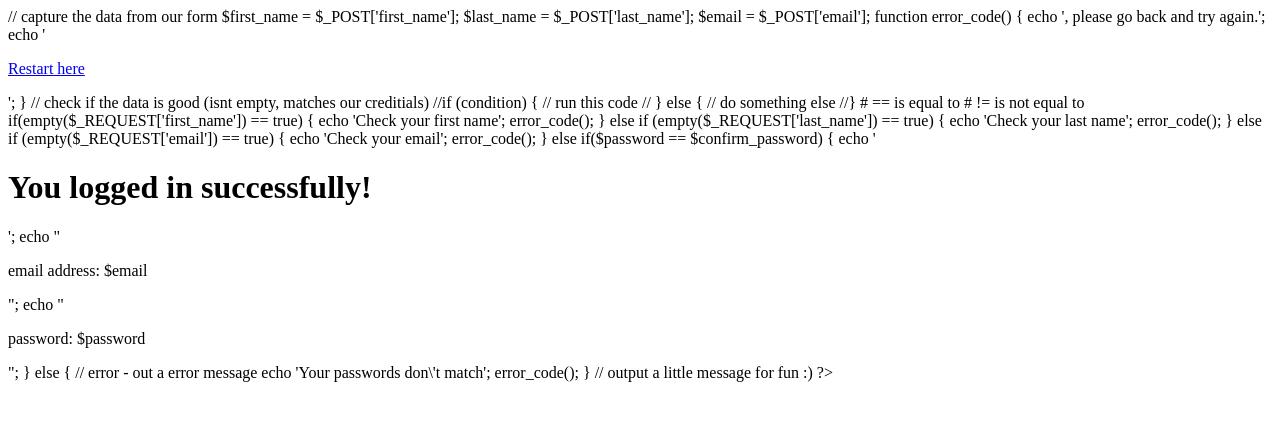
Repository: codieb1997/cosw30
Page: http://localhost/homework/home1/process_contact.php
The author's editor kept a record of every edit. The page is drawn from the files as they stood at one moment, then again after the next edit.
The browser window is 1280 px wide. The pictures show the whole page.
The page is run by PHP 8.4 with error messages shown; the project is at /var/www/html/.

Above is the page before.

After the next edit:
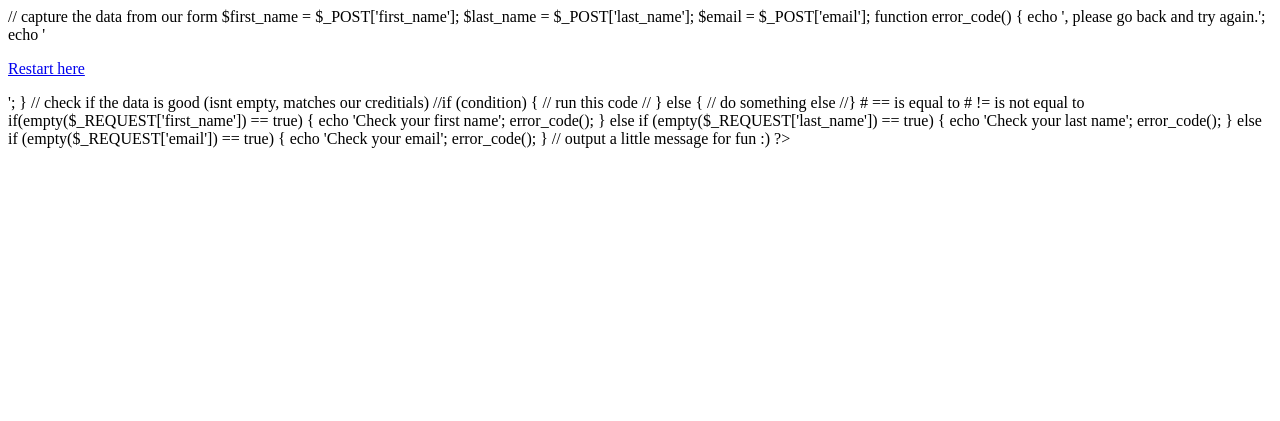
The edit:
--- a/homework/home1/process_contact.php
+++ b/homework/home1/process_contact.php
@@ -28,14 +28,6 @@
     } else if (empty($_REQUEST['email']) == true) {
         echo 'Check your email';
         error_code();
-    } else if($password == $confirm_password) {
-        echo '<h1>You logged in successfully!</h1>';
-        echo "<p>email address: $email</p>";
-        echo "<p>password: $password</p>";
-    } else {
-        // error - out a error message
-        echo 'Your passwords don\'t match';
-        error_code();
     }
 
 
